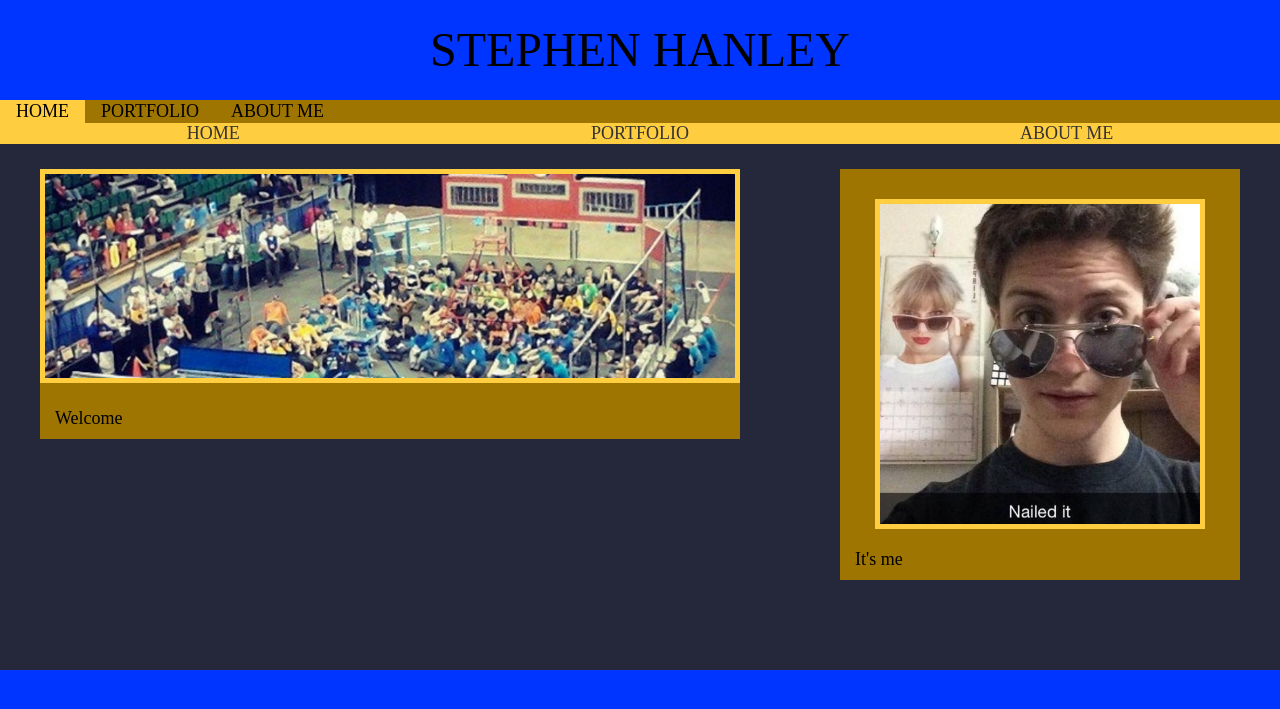
Repository: sjhanley/Portfolio-Website
Page: sjhanley_portfolio.html
The author's editor kept a record of every edit. The page is drawn from the files as they stood at one moment, then again after the next edit.
The browser window is 1280 px wide. The pictures show the whole page.

Above is the page before.
Console error (its wording comes from the project's code and is left out).

### sjhanley_portfolio.html
<!DOCTYPE html>
<html lang="en">
  <head>
    <meta charset="utf-8">
	<meta http-equiv="X-UA-Compatible" content="IE=edge">
	<meta name="viewport" content="width=device-width, initial-scale=1">
    <title>sjhanley_portfolio</title>
    <!-- Bootstrap -->
    <link href="css/styles.css" rel="stylesheet">
	<link href="css/bootstrap.css" rel="stylesheet">

	<!-- HTML5 shim and Respond.js for IE8 support of HTML5 elements and media queries -->
	<!-- WARNING: Respond.js doesn't work if you view the page via file:// -->
	<!--[if lt IE 9]>
		  <script src="https://oss.maxcdn.com/html5shiv/3.7.2/html5shiv.min.js"></script>
		  <script src="https://oss.maxcdn.com/respond/1.4.2/respond.min.js"></script>
		<![endif]-->
  </head>
  <style>
    #body {
    	background: url("mybackgroundimage.gif") repeat;
    	}
    #banner {
    	position: absolute;
    	top: 0;
    	left: 0;
    	right: 0;
    	width: 100%;
    	height: 100px;
    	z-index: -1;
    	background-color: #0035FF;
    	}
    #footer {
    	position: fixed;
    	bottom:0;
    	left: 0;
    	right: 0;
    	width: 100%;
    	height: 50px;
    	background-color: #0035FF;
    	z-index: 0;
    	}

    .castella{
    		font: normal normal normal 48px/100px castellar, castellar;
    		text-align: center;
    		color: black;
    	}

   	.lucida{
    		font: 18px LCALLIG, lucida;
    		text-align: left;
    		color: black;
    	}

    	body {margin:0;}

ul {
    list-style-type: none;
    margin: 0;
    padding: 0;
    overflow: hidden;
    background-color: #9E7500;
    top: 0;
    width: 100%;
}

li {
    float: left;
}

li a {
    display: block;
    color: Black;
    text-align: center;
    padding: 1px 16px;
    text-decoration: none;
}

li a:hover:not(.active) {
    background-color: #111;
}

.active {
    background-color: #FFCD40;
}

  </style>
  <body style="background-color: #24283A">

  	<div class="row">
  		<div id=banner class="col-md-12; castella">
  			<font></font>STEPHEN HANLEY
  		</div>
  	</div>
  	<div class="container-fluid" style="margin-top:100px">
		<div class="row" style="background-color:#FFCD40; height:auto; font: 18px castellar castellar; text-align: center">

			  	<ul>
  <li><a class="active" href="#home">HOME</a></li>
  <li><a href="#news">PORTFOLIO</a></li>
  <li><a href="#contact">ABOUT ME</a></li>
</ul>

  			<div class="col-xs-4">HOME</div>
  			<div class="col-xs-4">PORTFOLIO</div>
  			<div class="col-xs-4">ABOUT ME</div>
		</div>
		<div class="row" style="margin:25px 25px 25px 25px">
			<div class="col-sm-7" style="background-color:#9E7500; margin-bottom:25px">
				<div class="row" style="background-color:#FFCD40; margin-bottom:25px">
					<div style="margin:5px 5px 5px 5px">
						<img class="img-responsive" src="images/Banner_crop.jpg">
					</div>
				</div>
				<p class="lucida">
					Welcome
				</p>
			</div>
			<div class="col-sm-1"></div>
			<div class="col-sm-4" style="background-color:#9E7500">
				<div class="row" style="background-color:#FFCD40; margin:0px 20px 20px 20px; position:relative; top:30px">
					<div style="margin:5px 5px 5px 5px">
						<img class="img-responsive" src="images/profile_pic.JPG">
					</div>
				</div>
				<p style="height:20px"></p>
				<p class="lucida">
				It's me
				</p>
			</div>
		</div>
		<div class="row" style="height:50px"></div>
	</div>

   	<div id=footer></div>

	<!-- jQuery (necessary for Bootstrap's JavaScript plugins) -->
	<script src="js/bootstrap.min.js"></script>

	<!-- Include all compiled plugins (below), or include individual files as needed -->
	<script src="js/bootstrap.js"></script>
	</body>
</html>

### css/styles.css
@charset "UTF-8";
/* CSS Document */

@font-face {
	font-family: 'Spacemono';
	src: url('../fonts/spacemono-regular-webfont.woff2') format('woff2'),
		 url('../fonts/spacemono-regular-webfont.woff') format('woff');
	font-weight: normal;
	font-style: normal;
}

@font-face {
	font-family: 'castellar';
	src: url('../fonts/castellar/castellar.tff') format('tff');
	font-weight: normal;
	font-style: normal;
}

@font-face {
	font-family: 'lucida';
	src: url('../fonts/lucida_calligraphy/LCALLIG.tff') format('tff'),
		 url('../fonts/lucida_calligraphy/lucida_calligraphy_italic.ttf') format('tff');
	font-weight: normal;
	font-style: normal;
}

html {
	font-family: 'Spacemono', 'castellar', 'lucida';
}

Loaded but not shown: css/bootstrap.css (library); js/bootstrap.min.js (library); js/bootstrap.js (library)

After the next edit:
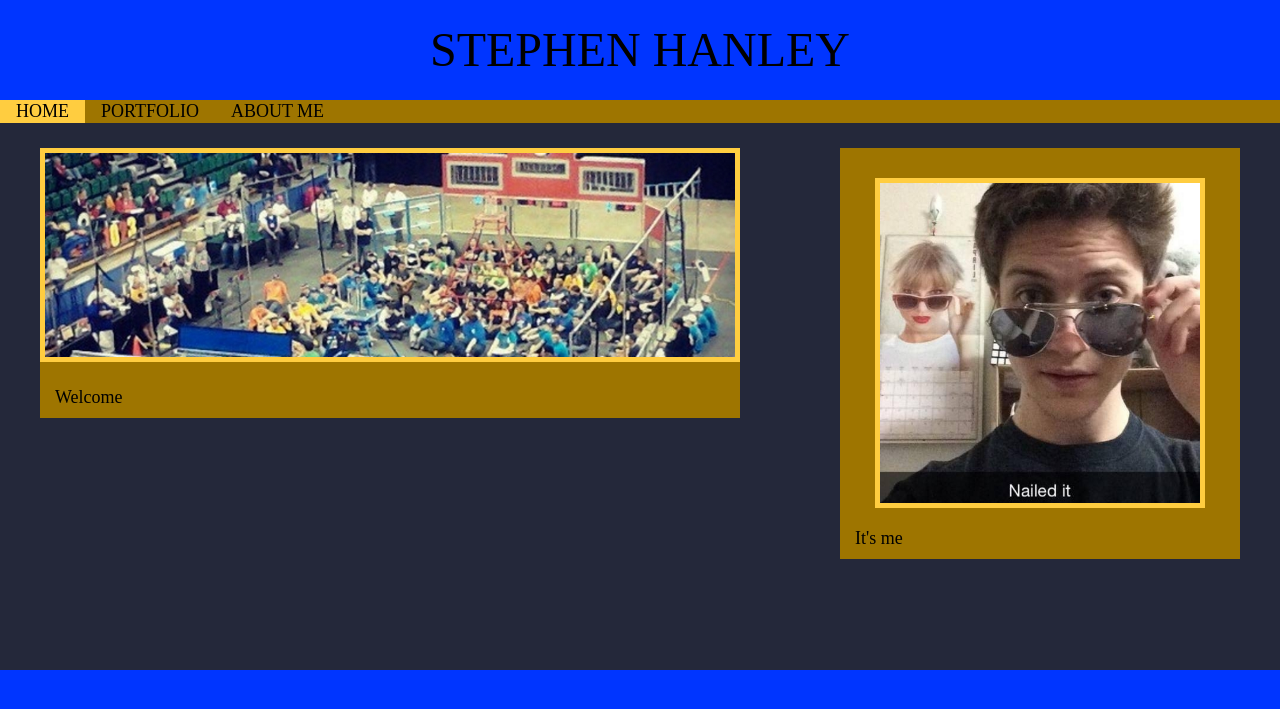
The edit:
--- a/sjhanley_portfolio.html
+++ b/sjhanley_portfolio.html
@@ -101,10 +101,6 @@
   <li><a href="#news">PORTFOLIO</a></li>
   <li><a href="#contact">ABOUT ME</a></li>
 </ul>
-
-  			<div class="col-xs-4">HOME</div>
-  			<div class="col-xs-4">PORTFOLIO</div>
-  			<div class="col-xs-4">ABOUT ME</div>
 		</div>
 		<div class="row" style="margin:25px 25px 25px 25px">
 			<div class="col-sm-7" style="background-color:#9E7500; margin-bottom:25px">
